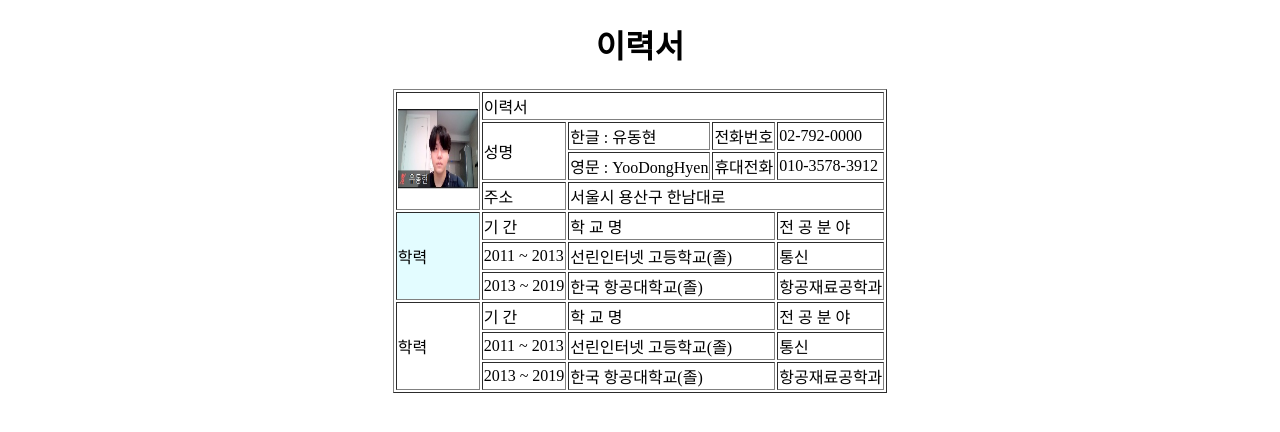
Repository: DongHyenYoo/DongHyen
Page: JdbcStudy/HTMLTEST/WebContent/resume.html
The author's editor kept a copy of each file at every save. The page is drawn from the files as they stood at one save, then again after the next save.
The browser window is 1280 px wide. The pictures show the whole page.

Above is the page before, as saved 2022-09-23 08:32:37.

### JdbcStudy/HTMLTEST/WebContent/resume.html
<!DOCTYPE html>
<html>
<head>
<meta charset="UTF-8">
<title>이력서</title>
</head>
<body>
<h1 align = "center">이력서</h1>
<table border="1" align = "center">
<tr>
<td rowspan="4"><img src="Test.jpg" width = "80" height="80" alt="테스트"></td> <td colspan="4">이력서</td>
</tr>

<tr>
 <td rowspan="2">성명</td> <td>한글 : 유동현</td> <td>전화번호</td> <td> 02-792-0000</td>
</tr>

<tr>
 <td>영문 : YooDongHyen</td> <td>휴대전화</td> <td>010-3578-3912</td>
</tr>

<tr>
 <td>주소</td> <td colspan="3">서울시 용산구 한남대로</td>
</tr>

<tr>
 <td rowspan = "3" bgcolor="#e3fcff">학력</td> <td>기&nbsp;간</td> <td colspan="2">학&nbsp;교&nbsp;명</td> <td>전&nbsp;공&nbsp;분&nbsp;야</td>
</tr>

<tr>
 <td>2011 ~ 2013</td>  <td colspan="2">선린인터넷 고등학교(졸)</td> <td>통신</td>
</tr>

<tr>
 <td>2013 ~ 2019</td> <td colspan="2">한국 항공대학교(졸)</td> <td>항공재료공학과</td>
</tr>


<tr>
 <td rowspan = "3">학력</td> <td>기&nbsp;간</td> <td colspan="2">학&nbsp;교&nbsp;명</td> <td>전&nbsp;공&nbsp;분&nbsp;야</td>
</tr>

<tr>
 <td>2011 ~ 2013</td>  <td colspan="2">선린인터넷 고등학교(졸)</td> <td>통신</td>
</tr>

<tr>
 <td>2013 ~ 2019</td> <td colspan="2">한국 항공대학교(졸)</td> <td>항공재료공학과</td>
</tr>


</table>
</body>
</html>

After the next save:
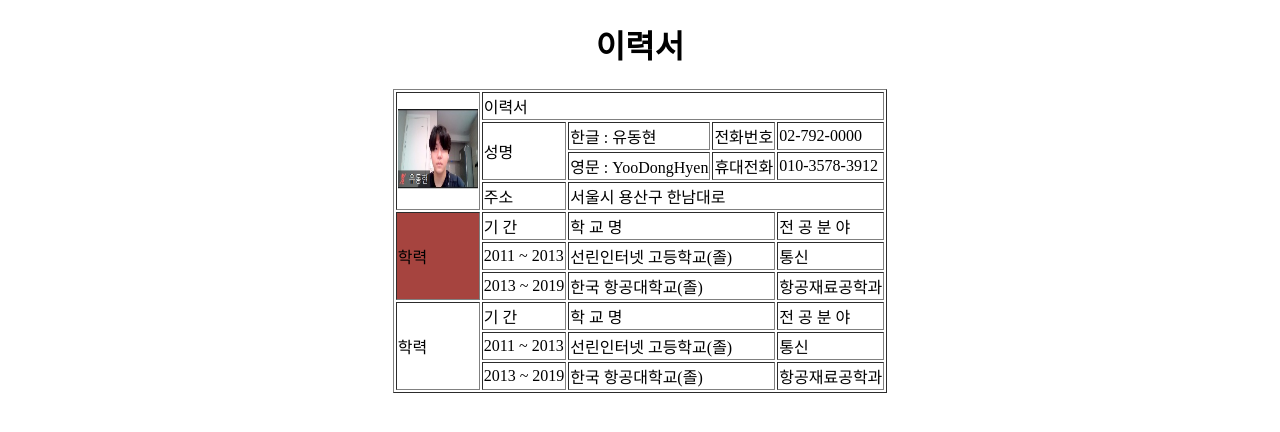
Saved 73 s later.
--- a/JdbcStudy/HTMLTEST/WebContent/resume.html
+++ b/JdbcStudy/HTMLTEST/WebContent/resume.html
@@ -24,7 +24,7 @@
 </tr>
 
 <tr>
- <td rowspan = "3" bgcolor="#e3fcff">학력</td> <td>기&nbsp;간</td> <td colspan="2">학&nbsp;교&nbsp;명</td> <td>전&nbsp;공&nbsp;분&nbsp;야</td>
+ <td rowspan = "3" bgcolor="#A6443F">학력</td> <td>기&nbsp;간</td> <td colspan="2">학&nbsp;교&nbsp;명</td> <td>전&nbsp;공&nbsp;분&nbsp;야</td>
 </tr>
 
 <tr>
